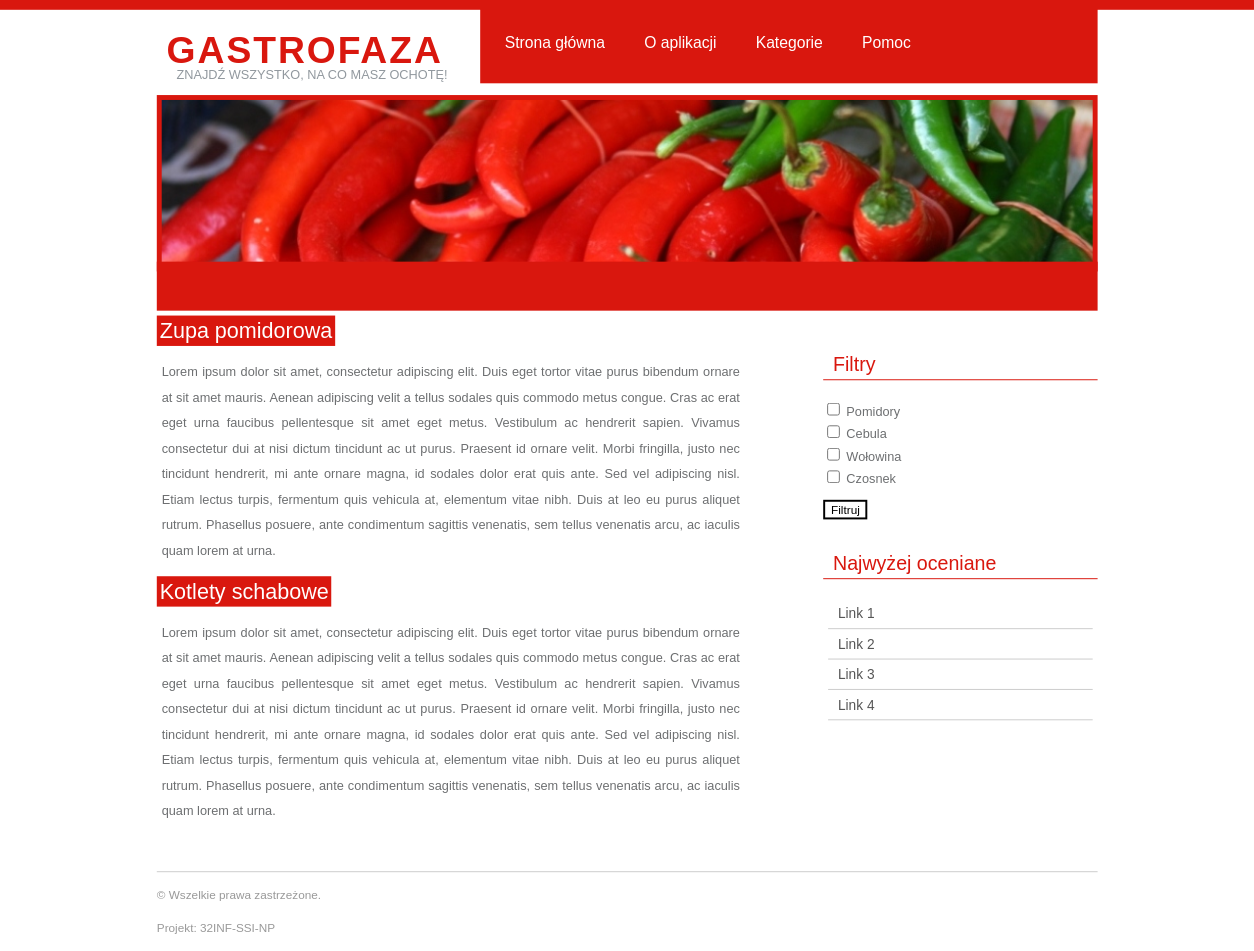
Repository: Michals1988/GroupProject
Page: index.html
An editor plug-in stored every save of this project. The page is shown before and after the next save, followed by the edit.
The browser window is 1280 px wide. The pictures show the whole page, at 98% of full size.

Above is the page before, as saved 2020-10-25 17:34:51.

### index.html
<!DOCTYPE html
    PUBLIC "-//W3C//DTD XHTML 1.0 Transitional//EN" "http://www.w3.org/TR/xhtml1/DTD/xhtml1-transitional.dtd">
<html xmlns="http://www.w3.org/1999/xhtml">

<head>
    <meta http-equiv="Content-Type" content="text/html; charset=utf-8" />
    <title>Gastrofaza</title>

    <link rel="stylesheet" type="text/css" href="css/style.css" />

</head>

<body>

    <div id="wrapper">
        <div id="logo">
            <a href="#">
                <h1>Gastrofaza</h1>
                <p>Znajdź wszystko, na co masz ochotę!</p>
            </a>
        </div>
        <div id="menu">
            <ul>
                <li><a href="#">Strona główna</a></li>
                <li><a href="#">O aplikacji</a></li>
                <li><a href="#">Kategorie</a></li>
                <li><a href="#">Pomoc</a></li>
            </ul>
            <div id="search_top">
                <input type="text" value="Szukaj przepisu" />
            </div>
        </div>
        <div id="header">
            <img src="images/header.jpg" />
        </div>
        <div id="menu_top">
            <div id="container">
                <div id="content">
                    <span class="content_title">Zupa pomidorowa</span>
                    <p>
                        Lorem ipsum dolor sit amet, consectetur adipiscing elit. Duis eget tortor vitae purus bibendum
                        ornare at sit amet mauris. Aenean adipiscing velit a tellus sodales quis commodo metus congue.
                        Cras ac erat eget urna faucibus pellentesque sit amet eget metus. Vestibulum ac hendrerit
                        sapien. Vivamus consectetur dui at nisi dictum tincidunt ac ut purus. Praesent id ornare velit.
                        Morbi fringilla, justo nec tincidunt hendrerit, mi ante ornare magna, id sodales dolor erat quis
                        ante. Sed vel adipiscing nisl. Etiam lectus turpis, fermentum quis vehicula at, elementum vitae
                        nibh. Duis at leo eu purus aliquet rutrum. Phasellus posuere, ante condimentum sagittis
                        venenatis, sem tellus venenatis arcu, ac iaculis quam lorem at urna.
                    </p>
                    <span class="content_title">Kotlety schabowe</span>
                    <p>
                        Lorem ipsum dolor sit amet, consectetur adipiscing elit. Duis eget tortor vitae purus bibendum
                        ornare at sit amet mauris. Aenean adipiscing velit a tellus sodales quis commodo metus congue.
                        Cras ac erat eget urna faucibus pellentesque sit amet eget metus. Vestibulum ac hendrerit
                        sapien. Vivamus consectetur dui at nisi dictum tincidunt ac ut purus. Praesent id ornare velit.
                        Morbi fringilla, justo nec tincidunt hendrerit, mi ante ornare magna, id sodales dolor erat quis
                        ante. Sed vel adipiscing nisl. Etiam lectus turpis, fermentum quis vehicula at, elementum vitae
                        nibh. Duis at leo eu purus aliquet rutrum. Phasellus posuere, ante condimentum sagittis
                        venenatis, sem tellus venenatis arcu, ac iaculis quam lorem at urna.
                    </p>
                </div>
                <div id="sidebar">
                    <div class="sidebar_title">Filtry</div>
                    <div class="input_wrapper">
                        <input type="checkbox">
                        <label for="">Pomidory</label>
                    </div>
                    <div class="input_wrapper">
                        <input type="checkbox">
                        <label for="">Cebula</label>
                    </div>
                    <div class="input_wrapper">
                        <input type="checkbox">
                        <label for="">Wołowina</label>
                    </div>
                    <div class="input_wrapper">
                        <input type="checkbox">
                        <label for="">Czosnek</label>
                    </div>
                    <button id="filter_button">Filtruj</button>
                    <div class="sidebar_title">Najwyżej oceniane</div>
                    <ul>
                        <li><a href="#">Link 1</a></li>
                        <li><a href="#">Link 2</a></li>
                        <li><a href="#">Link 3</a></li>
                        <li><a href="#">Link 4</a></li>
                    </ul>
                </div>
            </div>
            <div id="foot">
                <p>&copy Wszelkie prawa zastrzeżone. <p>Projekt: 32INF-SSI-NP</p>
            </div>
        </div>
</body>

</html>

### css/style.css
body {
	font-family: Arial, Helvetica, sans-serif;
	font-size: 13px;
	color: #6d6f71;
	text-align: center;
	background: url(../images/bg.png) repeat-x;
}

#wrapper {
	width: 960px;
	margin: 15px auto;
	text-align: left;
}

a {
	color: #d9170e;
	text-decoration: none;
}

a:hover {
	text-decoration: underline;
}

#logo {
	float: left;
	margin-left: 10px;
	margin-top: -10px;
	padding: 0;
}

#logo a,
#logo a:hover {
	text-decoration: none;
}

#logo h1 {
	font-size: 38px;
	font-weight: bold;
	text-transform: uppercase;
	letter-spacing: 2px;
	color: #d9170e;
	font-family: Arial, Helvetica, sans-serif;
}

#logo p {
	font-size: 13px;
	color: #91989e;
	text-transform: uppercase;
	margin-top: -30px;
	padding-left: 10px;
}

#menu {
	width: 630px;
	height: 80px;
	float: right;
	margin-top: -10px;
	margin-left: 20px;
	background: url(../images/bg.png);
}

#menu ul {
	list-style: none;
	margin: 0;
	padding: 5px 5px 5px 5px;
}

#menu li {
	display: block;
	float: left;
}

#menu a {
	color: #fff;
	font-size: 16px;
	display: block;
	float: left;
	margin-top: -5px;
	padding: 30px 20px 20px 20px;
	text-decoration: none;
}

#menu a:hover {
	background: #fff;
	color: #d9170e;

}

#search_top {
	float: right;
	margin-right: 30px;
	padding-top: 20px;
}

#search_top input {
	padding: 5px;
	border: 0px;
}

#header {
	float: left;
	width: 960px;
	height: 175px;
	background: url(../images/bg.png);
	text-align: center;
	padding-top: 5px;
}

#title_head {
	float: left;
	padding-top: 30px;
	padding-left: 550px;
	color: #333333;
	font-size: 24px;
}

#menu_top {
	width: 960px;
	height: 50px;
	float: left;
	margin-top: -10px;
	background: url(../images/bg.png);
}

#menu_top a {
	color: #fff;
	font-size: 16px;
	display: block;
	float: left;
	padding: 10px 10px 10px 10px;
	text-decoration: none;
}

#menu_top a:hover {
	background: #fff;
	color: #d9170e;
}

#container {
	float: left;
	margin-bottom: 30px;
	margin-top: 60px;
	width: 960px;
}

#content {
	float: left;
	width: 600px;
	text-align: justify;
	line-height: 22px;
}

#content p {
	text-align: justify;
	line-height: 26px;
	padding: 5px;
}

.content_title {
	padding: 3px;
	font-size: 22px;
	font-weight: normal;
	color: #FFF;
	background: url(../images/bg.png);
}

h2 {
	font-size: 20px;
	font-weight: normal;
	color: #6d8b44;
}

#sidebar {
	float: right;
	width: 280px;
	line-height: 22px;
	text-align: justify;
	margin-top: 10px;
}

#sidebar ul {
	list-style: none;
	margin: 0;
	padding: 5px 5px 5px 5px;
}

#sidebar li {
	display: block;
	float: left;
	width: 270px;
	border-bottom: 1px solid #CCC;
}

#sidebar a {
	color: #555;
	font-size: 14px;
	display: block;
	float: left;
	padding: 4px 0px 4px 10px;
	text-decoration: none;

}

#sidebar a:hover {
	color: #d9170e;
	margin-left: 10px;
	-webkit-border-radius: 5px;
	-khtml-border-radius: 5px;
	-moz-border-radius: 5px;
	border-radius: 5px;
}

.sidebar_title {
	margin: 20px auto;
	width: 270px;
	font-size: 20px;
	font-weight: normal;
	color: #d9170e;
	float: left;
	padding: 4px 0px 4px 10px;
	border-bottom: 1px solid #d9170e;
}

#sidebar p {
	padding: 5px;
}

#filter_button {
	margin: 10px auto;
	background-color: #fff;
	border: 2px solid black;
	font-size: 12px;
}

#foot {
	width: 960px;
	float: left;
	border-top: 1px solid #CCC;
	font-size: 12px;
	color: #999;
	line-height: 22px;
	padding: 0;
	margin: 0;
}

#foot a {
	font-size: 12px;
	color: #d9170e;
	padding: 0;
	margin: 0;
}

After the next save:
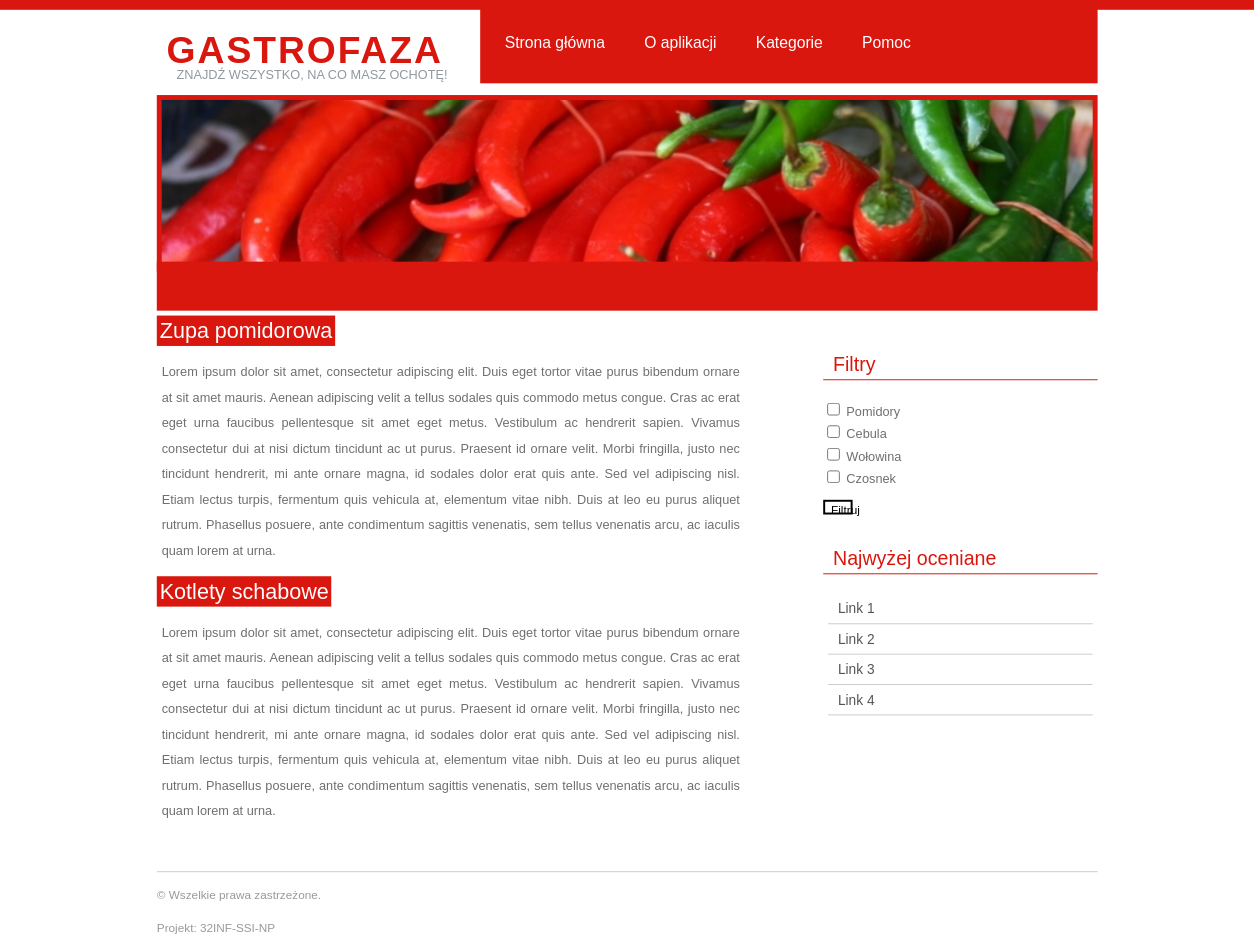
Saved 29 s later.
--- a/css/style.css
+++ b/css/style.css
@@ -230,6 +230,8 @@ h2 {
 	background-color: #fff;
 	border: 2px solid black;
 	font-size: 12px;
+	width: 30px;
+	height: 15px;
 }
 
 #foot {
